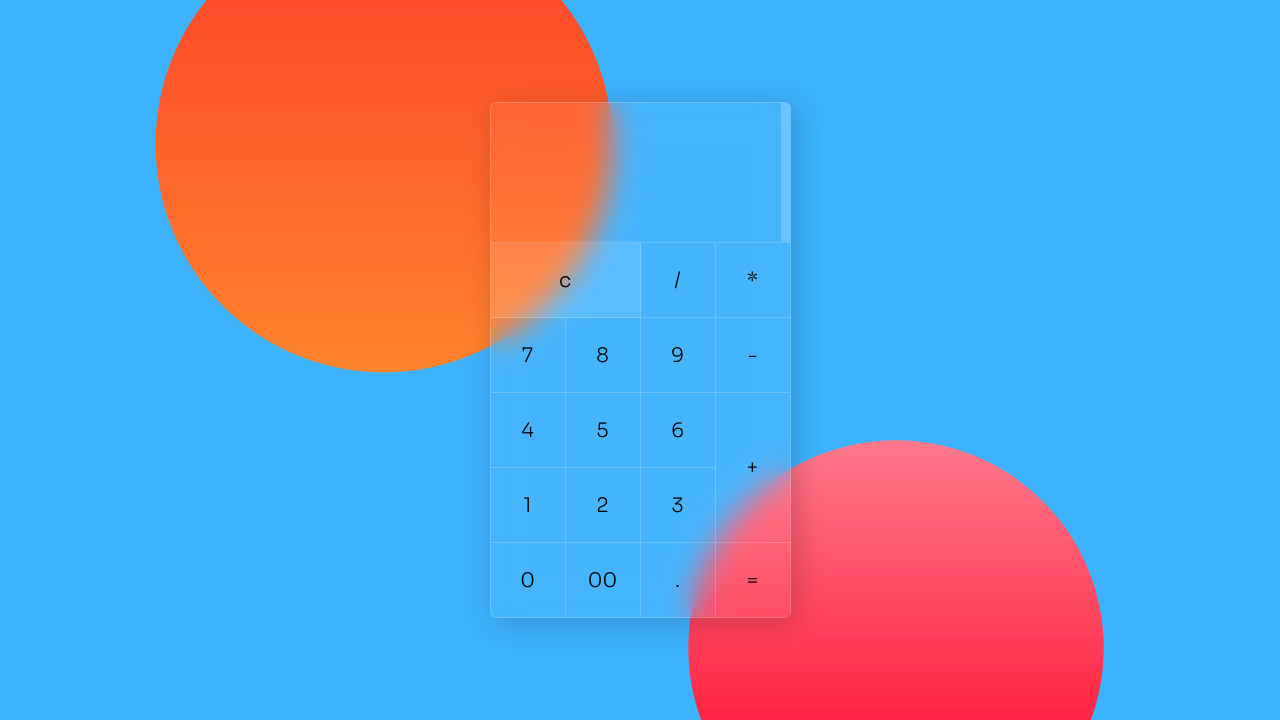
Repository: tharunkumaar404/Glass-Calci
Page: index.html
These files come from the project's save history. The page is drawn as it stood at one moment and after the next save; the edit follows.
The browser window is 1280 px wide. The pictures show the whole page.

Above is the page before, as saved 2021-08-26 15:07:16.

After the next save:
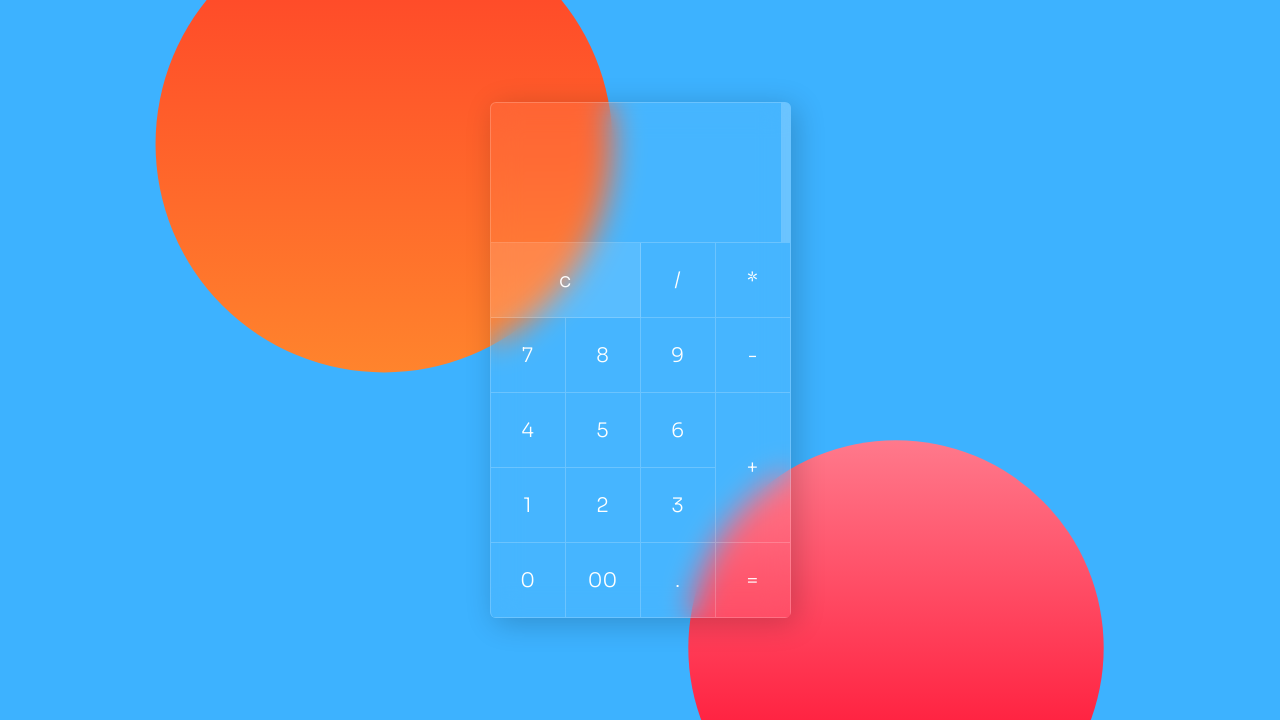
Saved 12 s later.
--- a/styles.css
+++ b/styles.css
@@ -76,7 +76,7 @@ body::after{
     place-items:center;
     height: 75px;
     width:75px;
-    color: #000;
+    color: #fff;
     cursor:pointer;
     font-weight:400;
     font-size:20px;
